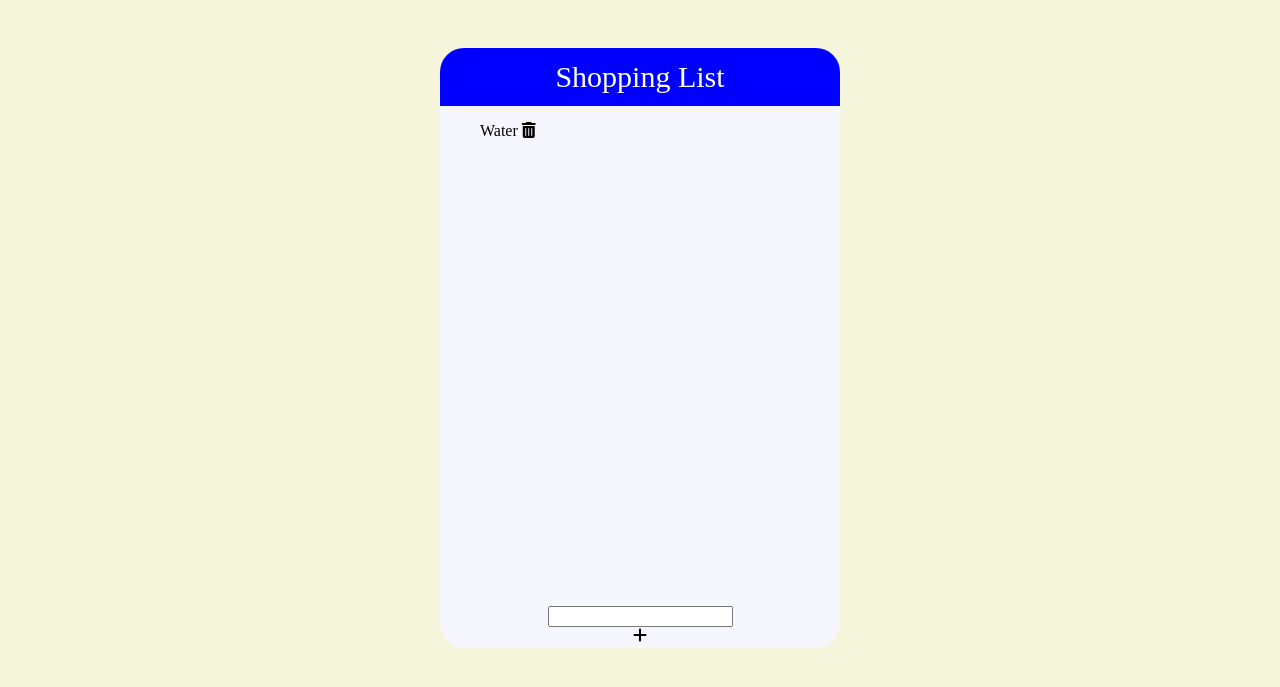
Repository: keehoonjung/Shopping-list
Page: index.html
An editor plug-in stored every save of this project. The page is shown before and after the next save, followed by the edit.
The browser window is 1280 px wide. The pictures show the whole page.
Some web libraries are served in a nearby version.

Above is the page before, as saved 2021-08-07 17:26:16.

### index.html
<!DOCTYPE html>
<html lang="en">
<head>
    <meta charset="UTF-8">
    <meta http-equiv="X-UA-Compatible" content="IE=edge">
    <meta name="viewport" content="width=device-width, initial-scale=1.0">
    <title>Shopping-list</title>
    <script src="main.js" defer></script>
    <link rel="stylesheet" href="style.css">
    <script src="https://kit.fontawesome.com/a7a8d59961.js" crossorigin="anonymous"></script>
</head>
<body>
    <div class="container">
        <div class="header">
            Shopping List
        </div>
        <section class="main">
            <ul>
                <li>
                    <span> Water </span>
                    <i class="fas fa-trash-alt"></i>
                </li>
            </ul>
        </section>
        <input type="text" class="input_text">
        <div class="footer">
            <i class="fas fa-plus"></i>
        </div>
    </div>
</body>
</html>

### style.css
body {
  background-color: beige;
  text-align: center;
}

li {
  list-style: none;
}

.container {
  margin: auto;
  background-color: rgb(246, 246, 255);
  height: 600px;
  width: 400px;
  border-radius: 24px;
  transform: translateY(40px);
}

.header {
  background-color: blue;
  font-size: 30px;
  color: white;
  border-top-left-radius: 24px;
  border-top-right-radius: 24px;
  padding: 12px 0;
}

.main {
  display: flex;
  height: 500px;
  justify-content: space-between;
}

Loaded but not shown: main.js (no stored copy; drawn as an empty file)

After the next save:
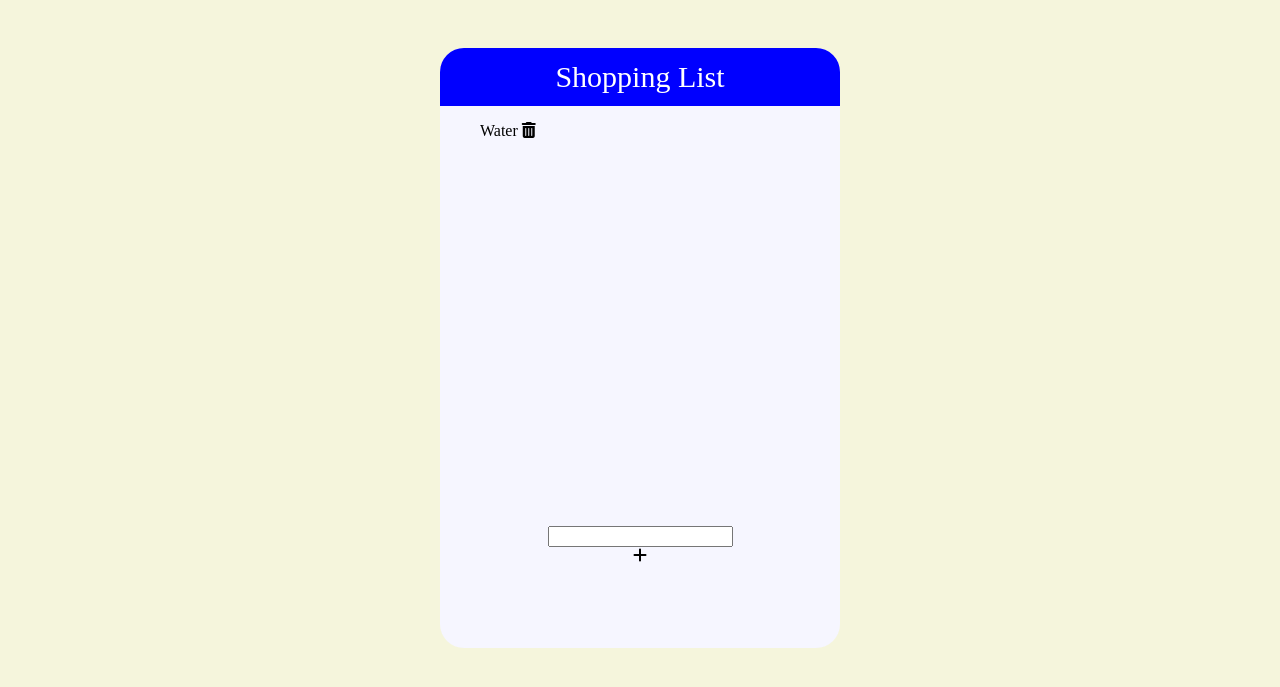
Saved 4 s later.
--- a/style.css
+++ b/style.css
@@ -27,6 +27,6 @@
 
 .main {
   display: flex;
-  height: 500px;
+  height: 420px;
   justify-content: space-between;
 }
